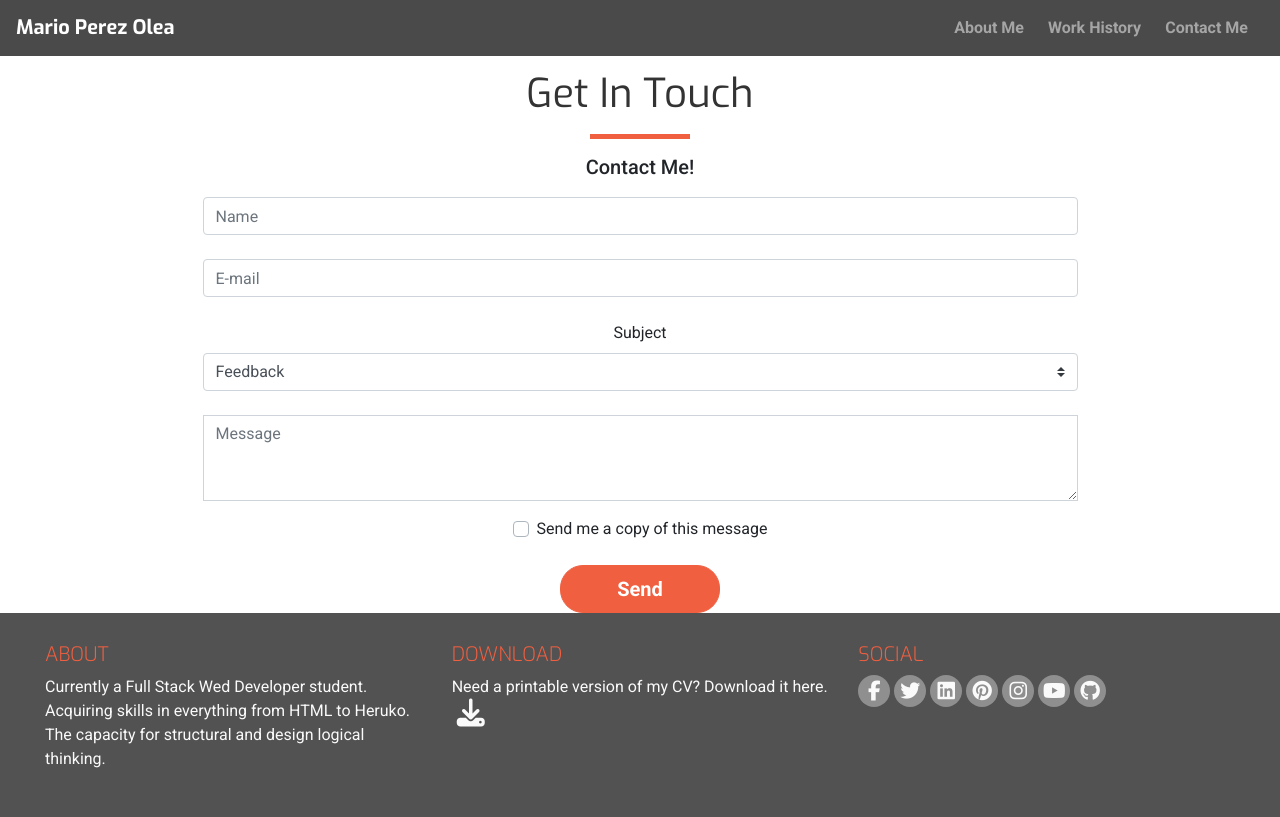
Repository: Supermario78/my-first-milestone-project
Page: contact.html
The author's editor kept a record of every edit. The page is drawn from the files as they stood at one moment, then again after the next edit.
The browser window is 1280 px wide. The pictures show the whole page.
Some web libraries are served in a nearby version.

Above is the page before.

After the next edit:
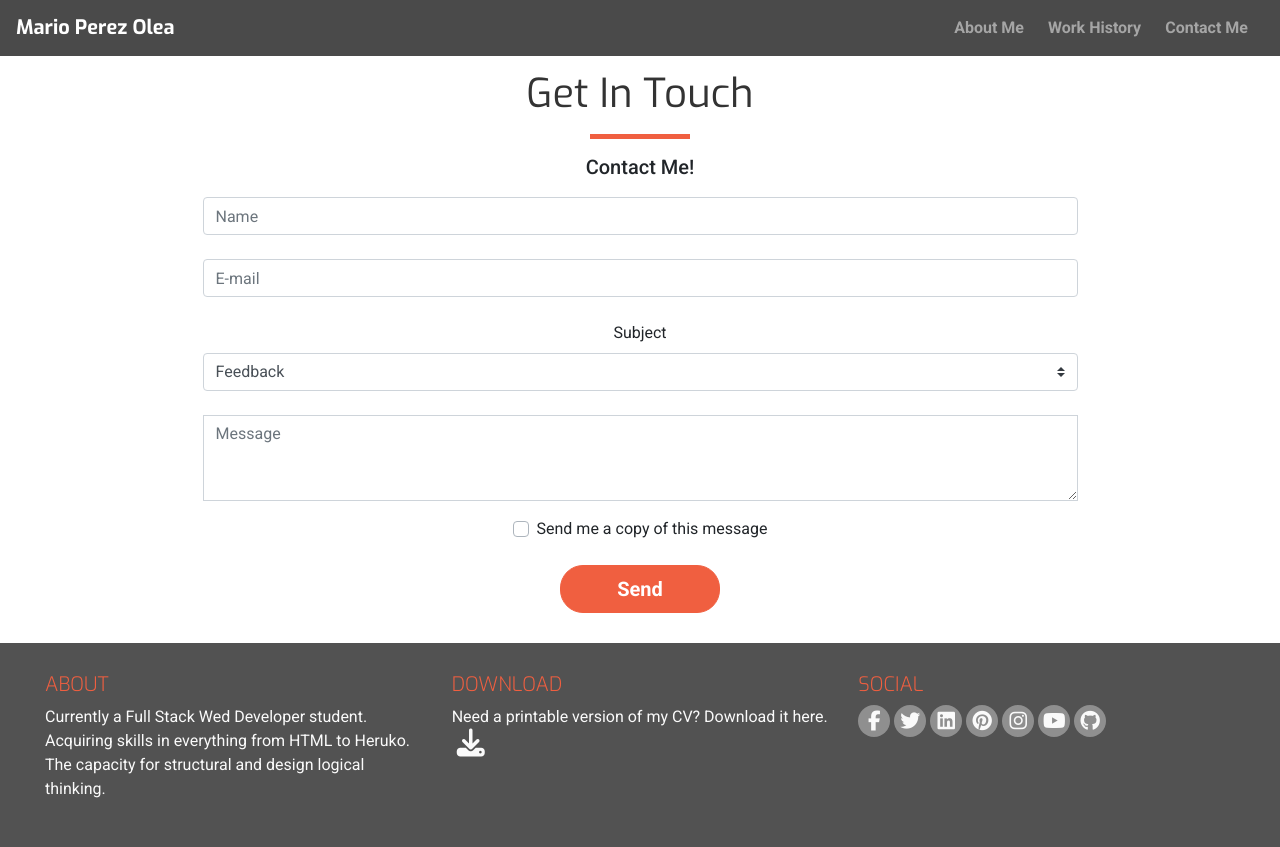
The edit:
--- a/assets/css/style.css
+++ b/assets/css/style.css
@@ -407,6 +407,12 @@
 
 /* ------------------------------ Footer ------ */
 
+.footer-contact {
+	margin-top: 30px;
+	margin-bottom: 0px;
+
+}
+
 .uppercase {
 	text-transform: uppercase;
 }
